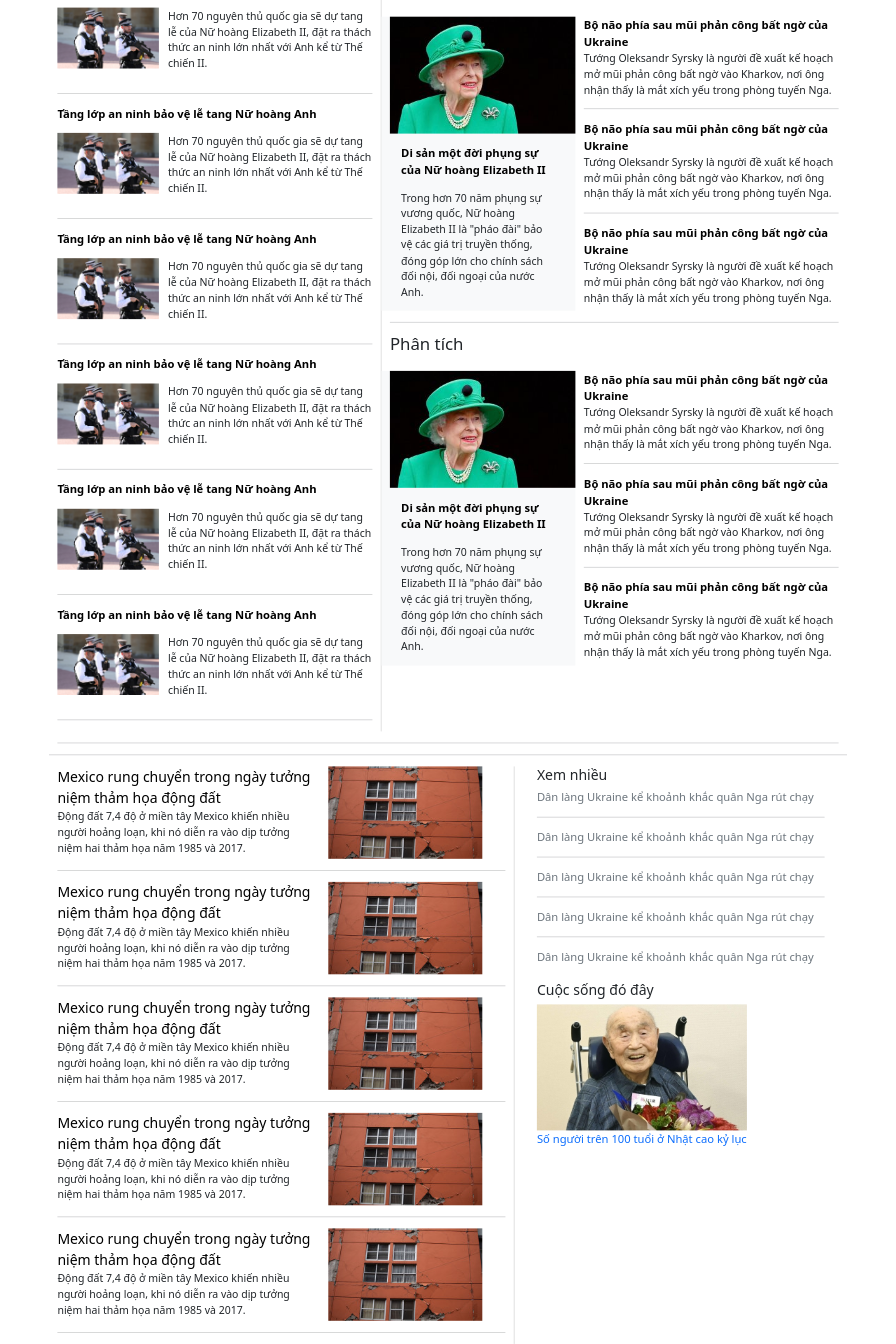
Repository: trongtamdev/lession1_html_sleepcloud
Page: vnExpress.html
An editor plug-in stored every save of this project. The page is shown before and after the next save, followed by the edit.
The browser window is 1280 px wide. The pictures show the part of the page from y = 707 to 2627 px (the page is 2627 px tall), at 70% of full size.

Above is the page before, as saved 2022-09-20 15:37:02.

### vnExpress.html
<!DOCTYPE html>
<html lang="en">
  <head>
    <meta charset="UTF-8" />
    <meta http-equiv="X-UA-Compatible" content="IE=edge" />
    <meta name="viewport" content="width=device-width, initial-scale=1.0" />
    <title>VNExpress</title>
    <link href="./styles/bootstrap.css" rel="stylesheet" />
    <link href="./styles/main.css" rel="stylesheet" />
  </head>
  <body>
    <div class="container">
      <div class="row">
        <div class="col-lg-8 mt-3">
          <div class="row bg-light">
            <div class="col-8">
              <img
                class="img-fluid"
                src="./assets/vnEpressImage/spotlight.jpg"
                alt="img-spotlight"
              />
            </div>
            <div class="col-4 mt-3">
              <h4><b>Tầng lớp an ninh bảo vệ lễ tang Nữ hoàng Anh</b></h4>
              <div class="mb-3">
                Hơn 70 nguyên thủ quốc gia sẽ dự tang lễ của Nữ hoàng Elizabeth
                II, đặt ra thách thức an ninh lớn nhất với Anh kể từ Thế chiến
                II.
              </div>
              <span class="text-muted">1' trước</span>
              <span class="text-muted mx-2">Thế giới</span>
            </div>
          </div>
          <hr />
          <div class="row">
            <div class="col-4">
              <a class="title-post" href="#">
                <b>
                  Điện Kremlin nói Nga - Trung không tìm cách kiểm soát thế
                  giới</b
                >
              </a>
              <div>
                Điện Kremlin cho rằng Nga, Trung Quốc không tìm cách kiểm soát
                thế giới "như những nước khác" và tố Mỹ là nguồn cơn của các
                hành động khiêu khích.
              </div>
            </div>
            <div class="col-4">
              <a class="title-post" href="#">
                <b> Ukraine tuyên bố chọc thủng phòng tuyến ven sông của Nga</b>
              </a>
              <div>
                Quân đội Ukraine tuyên bố các binh sĩ đã vượt sông Oskil đoạn
                chảy qua tỉnh Kharkov và phá vỡ phòng tuyến của lực lượng Nga.
              </div>
            </div>
            <div class="col-4">
              <a class="title-post" href="#">
                <b> Khoảnh khắc căn phòng đổ sập trong động đất Đài Loan</b>
              </a>
              <div>
                Phòng chơi cầu lông ở phía bắc Đài Loan rung lắc dữ dội và đổ
                sập trong lúc trận động đất mạnh 6,8 độ tấn công hòn đảo.
              </div>
            </div>
          </div>
          <hr />
          <div class="">
            <span class="text-muted">Chủ đề</span>
            <a class="ms-4 title-link" href="#"
              >Nữ hoàng Anh Elizabeth II qua đời</a
            >
          </div>
          <hr />
        </div>
        <!--END: LEFT SIDE 8 SPOTLIGHT-->

        <div class="col-lg-4 mt-3">
          <div class="row mt-3">
            <div class="col-7">
              <div>Alcaraz đưa Tây Ban Nha vào tứ kết Davis Cup Finals</div>
            </div>
            <div class="col-5">
              <img class="img" src="./assets/vnEpressImage/side-picture.jpg" />
            </div>
          </div>
          <hr />
          <div class="row mt-3">
            <div class="col-7">
              <div>Alcaraz đưa Tây Ban Nha vào tứ kết Davis Cup Finals</div>
            </div>
            <div class="col-5">
              <img class="img" src="./assets/vnEpressImage/side-picture.jpg" />
            </div>
          </div>
          <hr />
          <div class="row mt-3">
            <div class="col-7">
              <div>Alcaraz đưa Tây Ban Nha vào tứ kết Davis Cup Finals</div>
            </div>
            <div class="col-5">
              <img class="img" src="./assets/vnEpressImage/side-picture.jpg" />
            </div>
          </div>
          <hr />
          <div class="row mt-3">
            <div class="col-7">
              <div>Alcaraz đưa Tây Ban Nha vào tứ kết Davis Cup Finals</div>
            </div>
            <div class="col-5">
              <img class="img" src="./assets/vnEpressImage/side-picture.jpg" />
            </div>
          </div>
          <hr />
          <div class="row mt-3">
            <div class="col-7">
              <div>Alcaraz đưa Tây Ban Nha vào tứ kết Davis Cup Finals</div>
            </div>
            <div class="col-5">
              <img class="img" src="./assets/vnEpressImage/side-picture.jpg" />
            </div>
          </div>
          <hr />
          <div class="row mt-3">
            <div class="col-7">
              <div>Alcaraz đưa Tây Ban Nha vào tứ kết Davis Cup Finals</div>
            </div>
            <div class="col-5">
              <img class="img" src="./assets/vnEpressImage/side-picture.jpg" />
            </div>
          </div>
          <hr />
        </div>
        <!--END: RIGHT SIDE 4-->
      </div>
      <!-- END: Spotlight-->
      <div class="row mt-3">
        <div class="col-lg-5 border-right">
          <div class="row">
            <a class="title-post mb-3" href="#">
              <b>Tầng lớp an ninh bảo vệ lễ tang Nữ hoàng Anh</b>
            </a>
            <div class="col-4">
              <img class="img-side" src="./assets/vnEpressImage/side.jpg" />
            </div>
            <div class="col-8">
              <div>
                <p class="side-text">
                  Hơn 70 nguyên thủ quốc gia sẽ dự tang lễ của Nữ hoàng
                  Elizabeth II, đặt ra thách thức an ninh lớn nhất với Anh kể từ
                  Thế chiến II.
                </p>
              </div>
            </div>
          </div>
          <hr />
          <div class="row">
            <a class="title-post mb-3" href="#">
              <b>Tầng lớp an ninh bảo vệ lễ tang Nữ hoàng Anh</b>
            </a>
            <div class="col-4">
              <img class="img-side" src="./assets/vnEpressImage/side.jpg" />
            </div>
            <div class="col-8">
              <div>
                <p class="side-text">
                  Hơn 70 nguyên thủ quốc gia sẽ dự tang lễ của Nữ hoàng
                  Elizabeth II, đặt ra thách thức an ninh lớn nhất với Anh kể từ
                  Thế chiến II.
                </p>
              </div>
            </div>
          </div>
          <hr />
          <div class="row">
            <a class="title-post mb-3" href="#">
              <b>Tầng lớp an ninh bảo vệ lễ tang Nữ hoàng Anh</b>
            </a>
            <div class="col-4">
              <img class="img-side" src="./assets/vnEpressImage/side.jpg" />
            </div>
            <div class="col-8">
              <div>
                <p class="side-text">
                  Hơn 70 nguyên thủ quốc gia sẽ dự tang lễ của Nữ hoàng
                  Elizabeth II, đặt ra thách thức an ninh lớn nhất với Anh kể từ
                  Thế chiến II.
                </p>
              </div>
            </div>
          </div>
          <hr />
          <div class="row">
            <a class="title-post mb-3" href="#">
              <b>Tầng lớp an ninh bảo vệ lễ tang Nữ hoàng Anh</b>
            </a>
            <div class="col-4">
              <img class="img-side" src="./assets/vnEpressImage/side.jpg" />
            </div>
            <div class="col-8">
              <div>
                <p class="side-text">
                  Hơn 70 nguyên thủ quốc gia sẽ dự tang lễ của Nữ hoàng
                  Elizabeth II, đặt ra thách thức an ninh lớn nhất với Anh kể từ
                  Thế chiến II.
                </p>
              </div>
            </div>
          </div>
          <hr />
          <div class="row">
            <a class="title-post mb-3" href="#">
              <b>Tầng lớp an ninh bảo vệ lễ tang Nữ hoàng Anh</b>
            </a>
            <div class="col-4">
              <img class="img-side" src="./assets/vnEpressImage/side.jpg" />
            </div>
            <div class="col-8">
              <div>
                <p class="side-text">
                  Hơn 70 nguyên thủ quốc gia sẽ dự tang lễ của Nữ hoàng
                  Elizabeth II, đặt ra thách thức an ninh lớn nhất với Anh kể từ
                  Thế chiến II.
                </p>
              </div>
            </div>
          </div>
          <hr />
          <div class="row">
            <a class="title-post mb-3" href="#">
              <b>Tầng lớp an ninh bảo vệ lễ tang Nữ hoàng Anh</b>
            </a>
            <div class="col-4">
              <img class="img-side" src="./assets/vnEpressImage/side.jpg" />
            </div>
            <div class="col-8">
              <div>
                <p class="side-text">
                  Hơn 70 nguyên thủ quốc gia sẽ dự tang lễ của Nữ hoàng
                  Elizabeth II, đặt ra thách thức an ninh lớn nhất với Anh kể từ
                  Thế chiến II.
                </p>
              </div>
            </div>
          </div>
          <hr />
        </div>
        <!--END: SIDE CONTENT 5-->
        <div class="col-lg-7">
          <div class="row">
            <h4>Tư liệu</h4>
            <div class="col-5 bg-light mt-3">
              <img class="img-title" src="./assets/vnEpressImage/content.jpg" />

              <div class="px-3 py-3">
                <a class="title-post" href="#">
                  <b>Di sản một đời phụng sự của Nữ hoàng Elizabeth II</b>
                </a>
                <div class="side-text mt-3">
                  Trong hơn 70 năm phụng sự vương quốc, Nữ hoàng Elizabeth II là
                  "pháo đài" bảo vệ các giá trị truyền thống, đóng góp lớn cho
                  chính sách đối nội, đối ngoại của nước Anh.
                </div>
              </div>
            </div>
            <div class="col-7 mt-3">
              <div class="row">
                <a class="title-post" href="#">
                  <b>Bộ não phía sau mũi phản công bất ngờ của Ukraine</b>
                </a>
                <div class="side-text">
                  Tướng Oleksandr Syrsky là người đề xuất kế hoạch mở mũi phản
                  công bất ngờ vào Kharkov, nơi ông nhận thấy là mắt xích yếu
                  trong phòng tuyến Nga.
                </div>
              </div>
              <hr />
              <div class="row">
                <a class="title-post" href="#">
                  <b>Bộ não phía sau mũi phản công bất ngờ của Ukraine</b>
                </a>
                <div class="side-text">
                  Tướng Oleksandr Syrsky là người đề xuất kế hoạch mở mũi phản
                  công bất ngờ vào Kharkov, nơi ông nhận thấy là mắt xích yếu
                  trong phòng tuyến Nga.
                </div>
              </div>
              <hr />
              <div class="row">
                <a class="title-post" href="#">
                  <b>Bộ não phía sau mũi phản công bất ngờ của Ukraine</b>
                </a>
                <div class="side-text">
                  Tướng Oleksandr Syrsky là người đề xuất kế hoạch mở mũi phản
                  công bất ngờ vào Kharkov, nơi ông nhận thấy là mắt xích yếu
                  trong phòng tuyến Nga.
                </div>
              </div>
            </div>
          </div>
          <hr />
          <div class="row">
            <h4>Phân tích</h4>
            <div class="col-5 bg-light mt-3">
              <img class="img-title" src="./assets/vnEpressImage/content.jpg" />

              <div class="px-3 py-3">
                <a class="title-post" href="#">
                  <b>Di sản một đời phụng sự của Nữ hoàng Elizabeth II</b>
                </a>
                <div class="side-text mt-3">
                  Trong hơn 70 năm phụng sự vương quốc, Nữ hoàng Elizabeth II là
                  "pháo đài" bảo vệ các giá trị truyền thống, đóng góp lớn cho
                  chính sách đối nội, đối ngoại của nước Anh.
                </div>
              </div>
            </div>
            <div class="col-7 mt-3">
              <div class="row">
                <a class="title-post" href="#">
                  <b>Bộ não phía sau mũi phản công bất ngờ của Ukraine</b>
                </a>
                <div class="side-text">
                  Tướng Oleksandr Syrsky là người đề xuất kế hoạch mở mũi phản
                  công bất ngờ vào Kharkov, nơi ông nhận thấy là mắt xích yếu
                  trong phòng tuyến Nga.
                </div>
              </div>
              <hr />
              <div class="row">
                <a class="title-post" href="#">
                  <b>Bộ não phía sau mũi phản công bất ngờ của Ukraine</b>
                </a>
                <div class="side-text">
                  Tướng Oleksandr Syrsky là người đề xuất kế hoạch mở mũi phản
                  công bất ngờ vào Kharkov, nơi ông nhận thấy là mắt xích yếu
                  trong phòng tuyến Nga.
                </div>
              </div>
              <hr />
              <div class="row">
                <a class="title-post" href="#">
                  <b>Bộ não phía sau mũi phản công bất ngờ của Ukraine</b>
                </a>
                <div class="side-text">
                  Tướng Oleksandr Syrsky là người đề xuất kế hoạch mở mũi phản
                  công bất ngờ vào Kharkov, nơi ông nhận thấy là mắt xích yếu
                  trong phòng tuyến Nga.
                </div>
              </div>
            </div>
          </div>
        </div>
        <!--END: CONTENT 7-->
      </div>
      <hr />
      <div class="row mt-3">
        <hr />
        <div class="col-lg-7 border-right">
          <div class="row">
            <div class="col-7">
              <a class="title-content" href="#"
                >Mexico rung chuyển trong ngày tưởng niệm thảm họa động đất</a
              >
              <div class="side-text">
                Động đất 7,4 độ ở miền tây Mexico khiến nhiều người hoảng loạn,
                khi nó diễn ra vào dịp tưởng niệm hai thảm họa năm 1985 và 2017.
              </div>
            </div>
            <div class="col-5">
              <img
                class="img-content"
                src="./assets/vnEpressImage/content-medium.jpg"
              />
            </div>
          </div>
          <hr />

          <div class="row">
            <div class="col-7">
              <a class="title-content" href="#"
                >Mexico rung chuyển trong ngày tưởng niệm thảm họa động đất</a
              >
              <div class="side-text">
                Động đất 7,4 độ ở miền tây Mexico khiến nhiều người hoảng loạn,
                khi nó diễn ra vào dịp tưởng niệm hai thảm họa năm 1985 và 2017.
              </div>
            </div>
            <div class="col-5">
              <img
                class="img-content"
                src="./assets/vnEpressImage/content-medium.jpg"
              />
            </div>
          </div>
          <hr />

          <div class="row">
            <div class="col-7">
              <a class="title-content" href="#"
                >Mexico rung chuyển trong ngày tưởng niệm thảm họa động đất</a
              >
              <div class="side-text">
                Động đất 7,4 độ ở miền tây Mexico khiến nhiều người hoảng loạn,
                khi nó diễn ra vào dịp tưởng niệm hai thảm họa năm 1985 và 2017.
              </div>
            </div>
            <div class="col-5">
              <img
                class="img-content"
                src="./assets/vnEpressImage/content-medium.jpg"
              />
            </div>
          </div>
          <hr />

          <div class="row">
            <div class="col-7">
              <a class="title-content" href="#"
                >Mexico rung chuyển trong ngày tưởng niệm thảm họa động đất</a
              >
              <div class="side-text">
                Động đất 7,4 độ ở miền tây Mexico khiến nhiều người hoảng loạn,
                khi nó diễn ra vào dịp tưởng niệm hai thảm họa năm 1985 và 2017.
              </div>
            </div>
            <div class="col-5">
              <img
                class="img-content"
                src="./assets/vnEpressImage/content-medium.jpg"
              />
            </div>
          </div>
          <hr />

          <div class="row">
            <div class="col-7">
              <a class="title-content" href="#"
                >Mexico rung chuyển trong ngày tưởng niệm thảm họa động đất</a
              >
              <div class="side-text">
                Động đất 7,4 độ ở miền tây Mexico khiến nhiều người hoảng loạn,
                khi nó diễn ra vào dịp tưởng niệm hai thảm họa năm 1985 và 2017.
              </div>
            </div>
            <div class="col-5">
              <img
                class="img-content"
                src="./assets/vnEpressImage/content-medium.jpg"
              />
            </div>
          </div>
          <hr />
        </div>
        <!--END: CONTENT LIST 7-->
        <div class="col-lg-5">
          <div class="row mx-2">
            <div class="">
              <h5>Xem nhiều</h5>
              <div class="my-2">
                <a class="text-muted" href="#"
                  >Dân làng Ukraine kể khoảnh khắc quân Nga rút chạy
                </a>
                <hr />
              </div>

              <div class="my-2">
                <a class="text-muted" href="#"
                  >Dân làng Ukraine kể khoảnh khắc quân Nga rút chạy
                </a>
                <hr />
              </div>

              <div class="my-2">
                <a class="text-muted" href="#"
                  >Dân làng Ukraine kể khoảnh khắc quân Nga rút chạy
                </a>
                <hr />
              </div>

              <div class="my-2">
                <a class="text-muted" href="#"
                  >Dân làng Ukraine kể khoảnh khắc quân Nga rút chạy
                </a>
                <hr />
              </div>

              <div class="my-2">
                <a class="text-muted" href="#"
                  >Dân làng Ukraine kể khoảnh khắc quân Nga rút chạy
                </a>
              </div>
            </div>

            <div class="mt-3">
              <h5>Cuộc sống đó đây</h5>
              <div class="">
                <img src="./assets/vnEpressImage/side-content-medium.jpg" />
              </div>
              <a class="title">Số người trên 100 tuổi ở Nhật cao kỷ lục</a>
            </div>
          </div>
        </div>
        <!--END: CONTENT LIST SIDE 5-->
      </div>
    </div>
  </body>
</html>

Loaded but not shown: styles/bootstrap.css (library); styles/main.css (82 lines, source omitted)

After the next save:
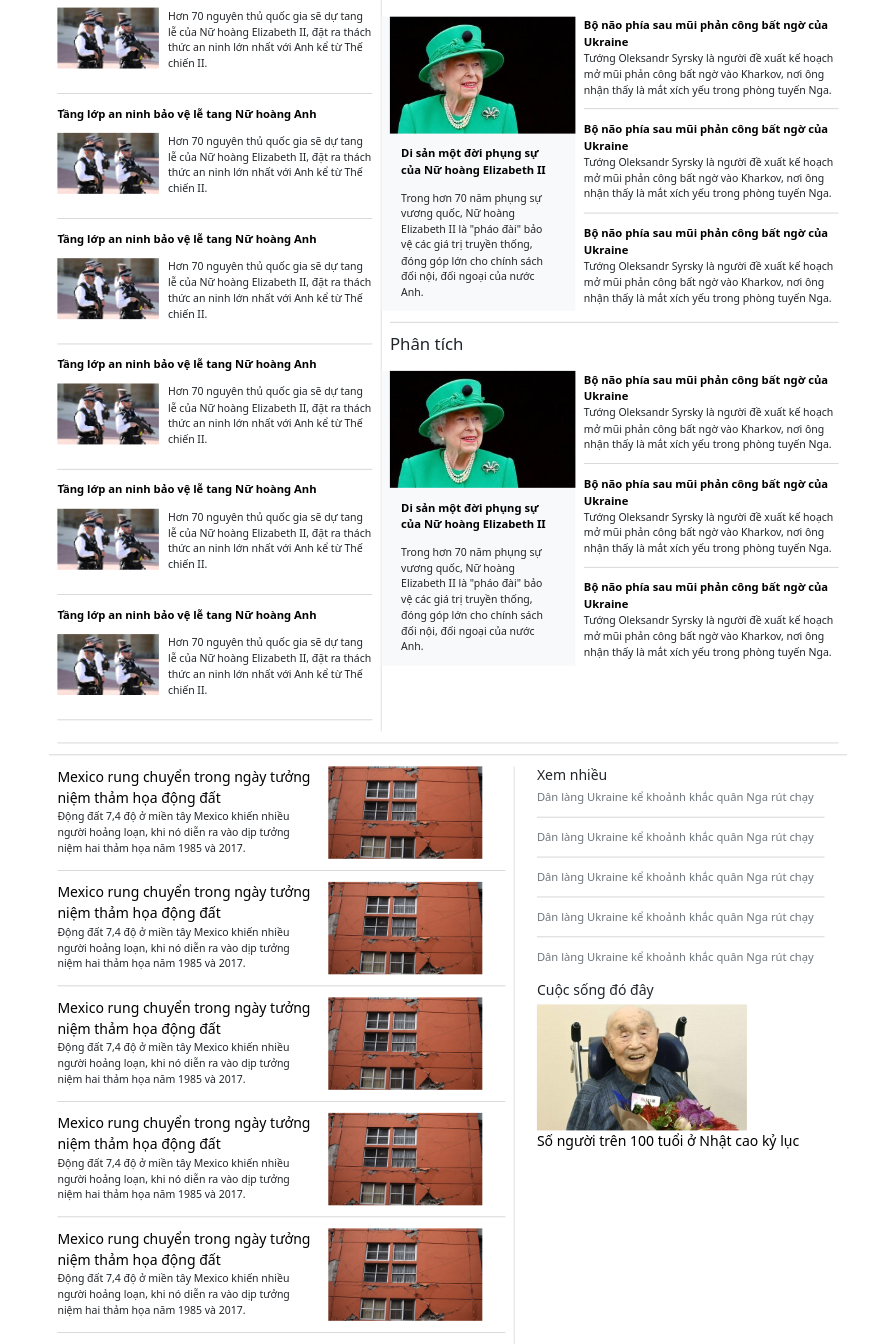
Saved 4 s later.
--- a/vnExpress.html
+++ b/vnExpress.html
@@ -498,7 +498,9 @@
               <div class="">
                 <img src="./assets/vnEpressImage/side-content-medium.jpg" />
               </div>
-              <a class="title">Số người trên 100 tuổi ở Nhật cao kỷ lục</a>
+              <a class="title-content"
+                >Số người trên 100 tuổi ở Nhật cao kỷ lục</a
+              >
             </div>
           </div>
         </div>

After the 2 saves that followed:
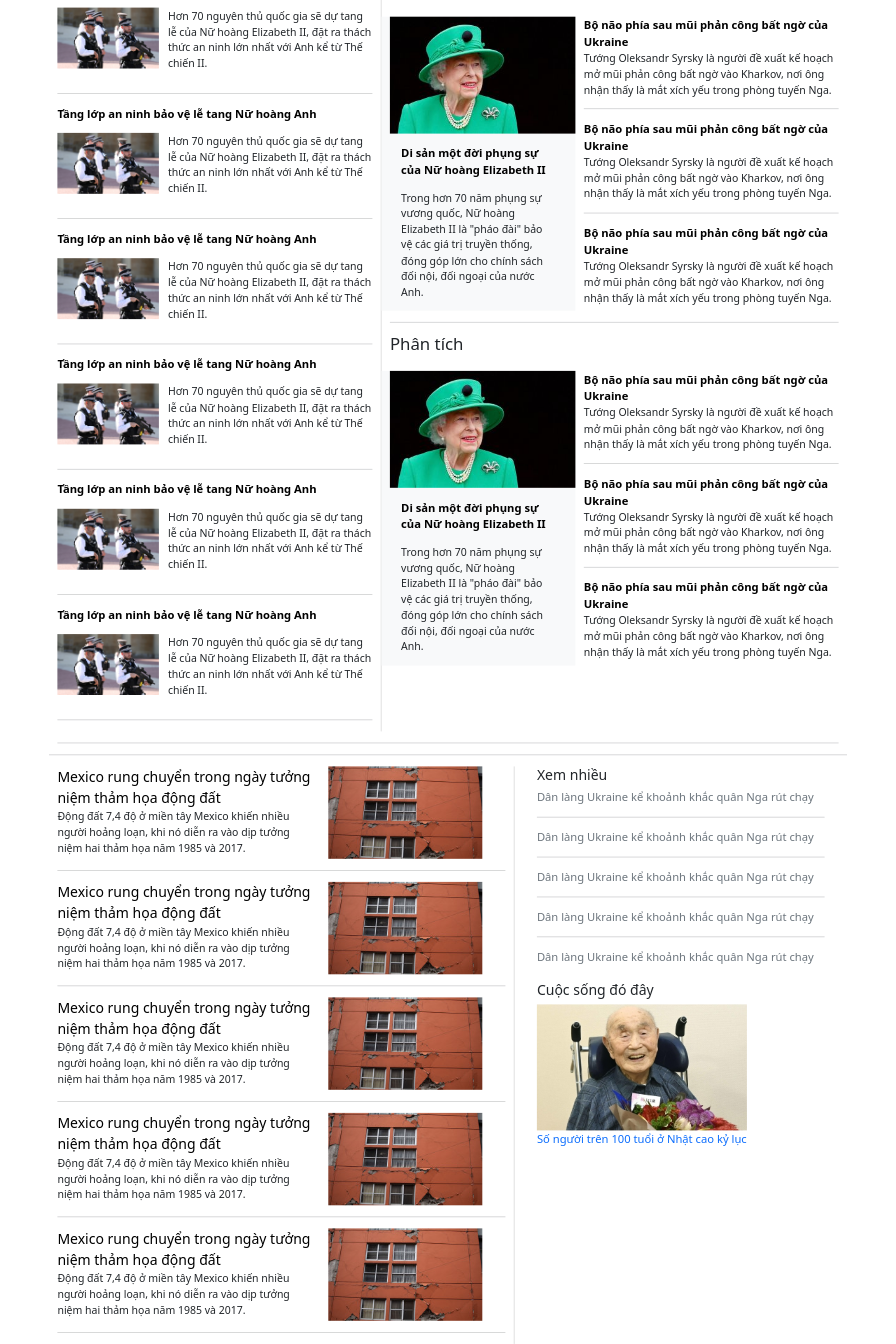
The 2 saves are shown as one change because they came seconds apart.
The last was saved 7 s later.
--- a/vnExpress.html
+++ b/vnExpress.html
@@ -498,9 +498,7 @@
               <div class="">
                 <img src="./assets/vnEpressImage/side-content-medium.jpg" />
               </div>
-              <a class="title-content"
-                >Số người trên 100 tuổi ở Nhật cao kỷ lục</a
-              >
+              <a class="">Số người trên 100 tuổi ở Nhật cao kỷ lục</a>
             </div>
           </div>
         </div>
